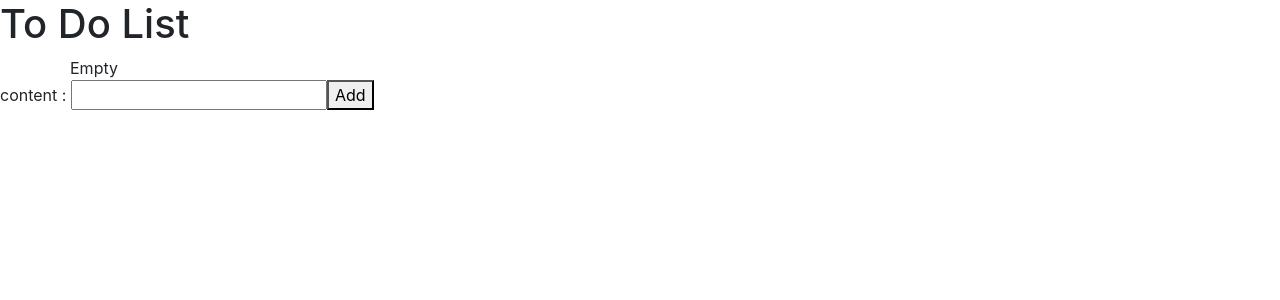
Repository: Marwa-Medhat/ReactJS-Labs
Page: / (app in myapp/)
The author's editor kept a copy of each file at every save. The page is drawn from the files as they stood at one save, then again after the next save.
The browser window is 1280 px wide. The pictures show the whole page.
The project was rebuilt for these pictures with package versions that can differ from the ones it lists, and the page was loaded fresh each time.

Above is the page before, as saved 2021-04-28 19:25:40.

### myapp/src/index.js
import React from 'react';
import ReactDOM from 'react-dom';
import './index.css';
// import App from './App';
import App from './App2';
import reportWebVitals from './reportWebVitals';

ReactDOM.render(
    <App />,
  document.getElementById('root')
);

// If you want to start measuring performance in your app, pass a function
// to log results (for example: reportWebVitals(console.log))
// or send to an analytics endpoint. Learn more: https://bit.ly/CRA-vitals
reportWebVitals();

### myapp/src/App2.js
import React from 'react';
import 'bootstrap/dist/css/bootstrap.min.css'

class App extends React.Component{

    constructor(){
        super();
        this.state={
            contents:[]
        }
    }


    addContent=(content)=>{
        this.state.contents.push(content);
        this.setState({contents:this.state.contents});
        // this.saveToLocalStorage();
    }


    // componentDidMount(){
    //     if(localStorage["contents"]){
    //     let contents = JSON.parse(localStorage["contents"]);

    //     this.setState({contents:contents})
    //     }
    // }
    // saveToLocalStorage=()=>{
    //     localStorage["contents"] = JSON.stringify(this.state.contents);
    // }

    render(){
        return <div>
            <h1>To Do List</h1>
            <DisplayTasks contents={this.state.contents} />
            <AddTask addContent={this.addContent} />
        </div>
    }

}


class AddTask extends React.Component{

    constructor(props){
        super();
        this.state={
            content:"",

        }
    }

    addContent=()=>{
        let content = {
            content:this.state.content,
        }

        this.props.addContent(content);
    }


    render(){
        return <div>
            content : <input type="text" value={this.state.content} onChange={(e)=>this.setState({content:e.target.value})} />
            <button onClick={this.addContent} >Add</button>
        </div>
    }
}


class DisplayTasks extends React.Component{
    render(){
        return <div class="container list-group">
            {this.props.contents.length > 0 ?this.props.contents.map((item)=>{
                return <DisplayTask content={item} key={item.content} />
            }):"Empty"}
        </div>
    }
}

DisplayTasks.defaultProps={
    contents:[]
}

class DisplayTask extends React.Component{

    render(){
        return <div>
            <a href="#" class="list-group-item list-group-item-action">{this.props.content.content}</a><br/>

        </div>
    }
}
export default App;

Loaded but not shown: myapp/public/index.html (common file); myapp/src/index.css (common file); myapp/src/reportWebVitals.js (common file)

After the next save:
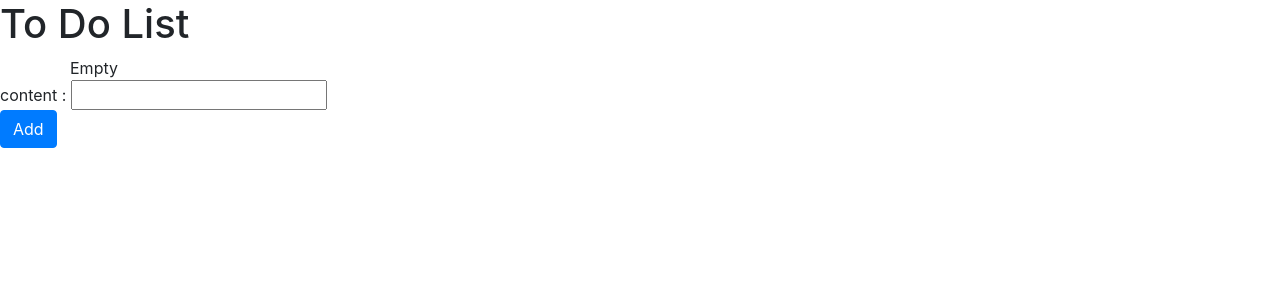
Saved 75 s later.
--- a/myapp/src/App2.js
+++ b/myapp/src/App2.js
@@ -62,7 +62,7 @@ class AddTask extends React.Component{
     render(){
         return <div>
             content : <input type="text" value={this.state.content} onChange={(e)=>this.setState({content:e.target.value})} />
-            <button onClick={this.addContent} >Add</button>
+           <br/> <button onClick={this.addContent} className="btn btn-primary" >Add</button>
         </div>
     }
 }
